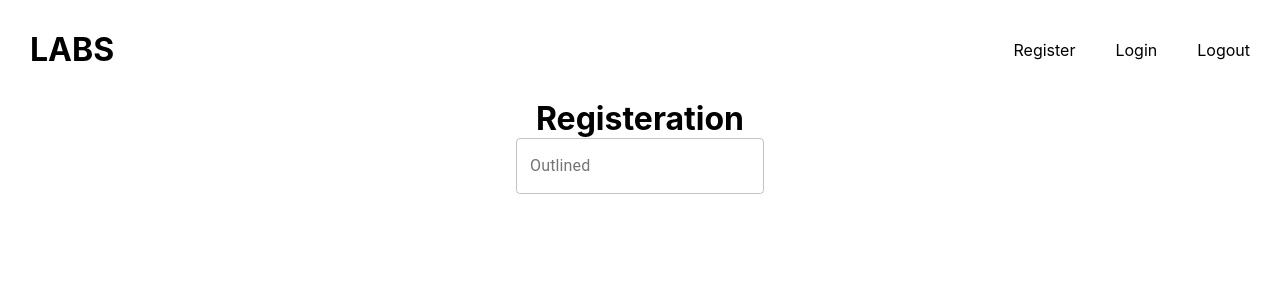
Repository: Prafullkuma/labsdata
Page: /signup
An editor plug-in stored every save of this project. The page is shown before and after the next save, followed by the edit.
The browser window is 1280 px wide. The pictures show the whole page.
The project was rebuilt for these pictures with package versions that can differ from the ones it lists, and the page was loaded fresh each time. Also part of the build but not shown: src/Component/Admin.css, src/Component/Details/details.css, src/Component/Student/addstudent.css, src/firebase.js, src/Component/Student/Addstudent.js, src/Component/Student/ViewData/ViewData.css, src/Component/Student/ViewData/ViewStudentData.js, src/Component/Student/ViewStudent.js and 5 more.

Above is the page before, as saved 2020-08-26 13:59:39.

### src/App.js
import React from 'react';
import './App.css';
import Nav from './Component/Nav'
import Admin from './Component/Admin'
import Main from './Component/Main'
import Login from './Auth/Login'
import Signup from './Auth/Signup'
import Logout from './Auth/Logout'
import { BrowserRouter as Router, Route } from 'react-router-dom'
function App() {
  return (
    <div className="App">
      <Router>
        <Nav />
        <Route path="/logout" component={Logout} />
        <Route path="/signup" component={Signup} />
        <Route path="/login" component={Login} />
        <Route path="/admin" component={Admin} />
        <Route exact path="/" component={Main} />
      </Router>
    </div>
  );
}

export default App;

### src/Component/Nav.js
import React from 'react'
import './Nav.css'
import { Link } from 'react-router-dom'
function Nav() {
    return (
        <div className="Navbar">
            <h1> <Link to="/"> LABS</Link></h1>
            <ul>
                <li><Link to="/signup"> Register</Link></li>
                <li><Link to="/login">Login</Link></li>
                <li><Link to="/logout">Logout</Link>
                </li>
            </ul>
        </div>
    )
}

export default Nav

### src/Auth/Signup.js
import React from 'react'
import { TextField } from '@material-ui/core'
function Signup() {
    return (
        <div>
            <h1>Registeration</h1>
            <TextField id="outlined-basic" label="Outlined" variant="outlined" />
        </div>
    )
}

export default Signup

### src/Component/Nav.css
.Navbar{
    padding: 30px;
    display: flex;
    justify-content: space-between;
    align-items: center;

}
a{
    text-decoration: none;
    color:black;
    }
ul,li{
    list-style: none;
    float: left;
    margin-left: 40px;
}

Loaded but not shown: public/index.html (common file); src/index.js (common file); src/index.css (common file); src/serviceWorker.js (common file); src/App.css (common file); src/Component/Main.css (no stored copy; drawn as an empty file); src/Component/Student/viewstudent.css (no stored copy; drawn as an empty file)

After the next save:
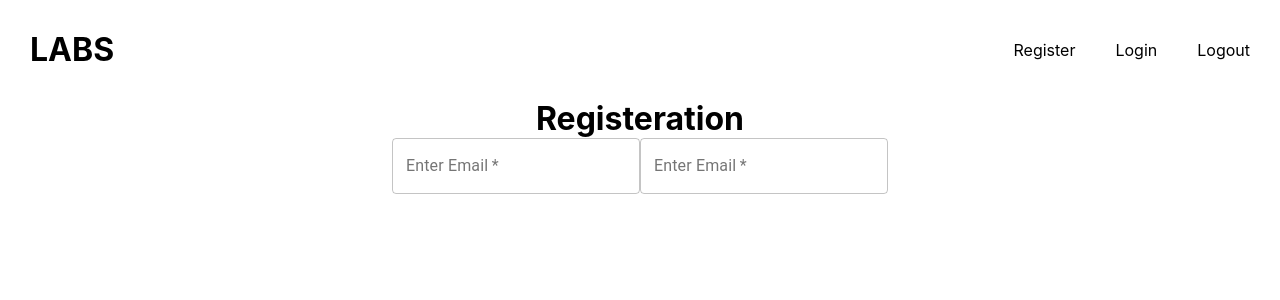
Saved 2 min 4 s later.
--- a/src/Auth/Signup.js
+++ b/src/Auth/Signup.js
@@ -4,7 +4,12 @@ function Signup() {
     return (
         <div>
             <h1>Registeration</h1>
-            <TextField id="outlined-basic" label="Outlined" variant="outlined" />
+            <form>
+                <TextField id="outlined-basic" type="email" required label="Enter Email" variant="outlined" />
+
+                <TextField id="outlined-basic" type="password" required label="Enter Email" variant="outlined" />
+            </form>
+
         </div>
     )
 }
